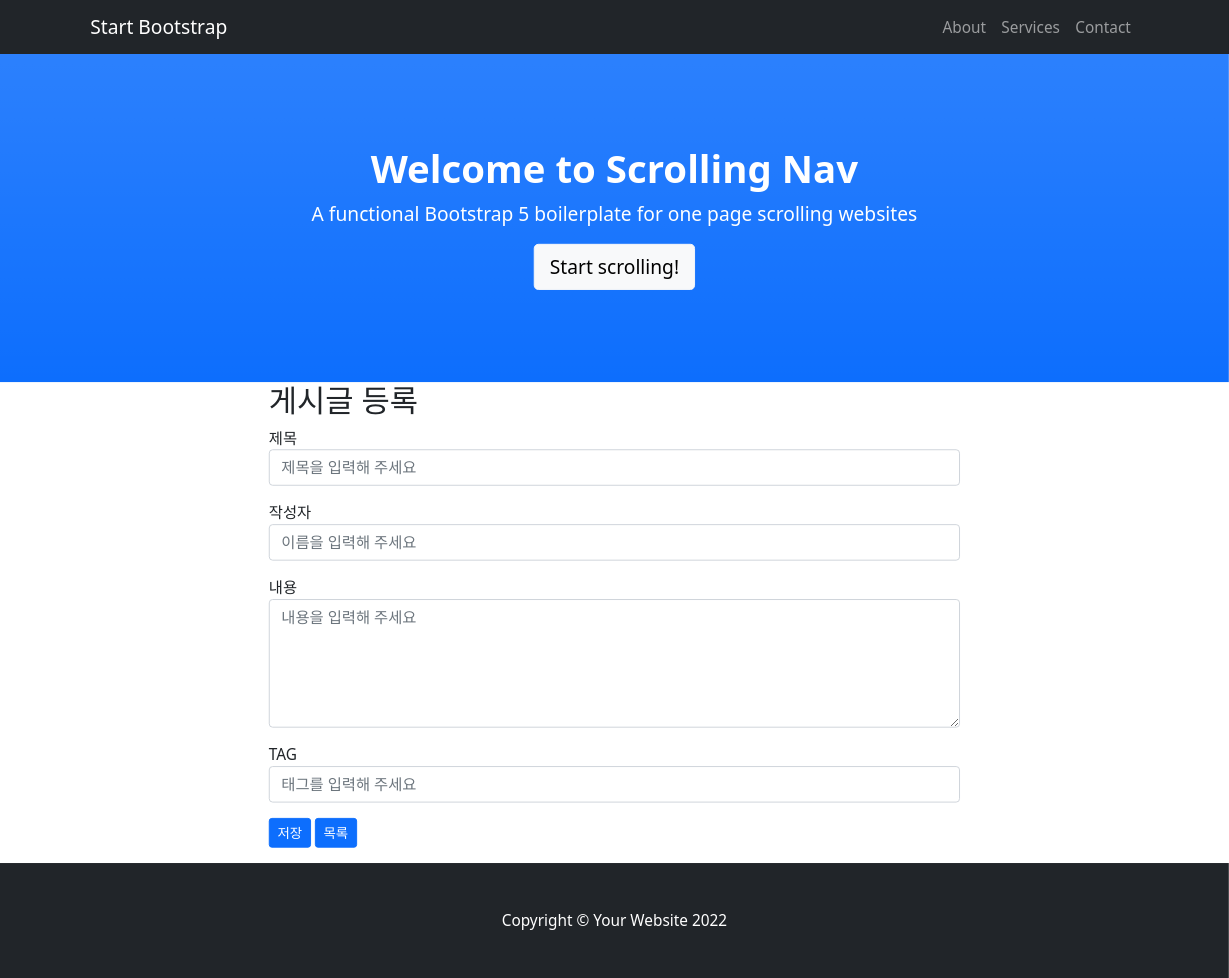
Repository: rlarmsdn2999/SpringWebProject
Page: http://localhost/myboard/WEB-INF/views/board/register.jsp
These files come from the project's save history. The page is drawn as it stood at one moment and after the next save; the edit follows.
The browser window is 1280 px wide. The pictures show the whole page, at 96% of full size.
The page is served by Tomcat 9. Nobody is signed in. The template is opened directly, without the code that normally fills it, so the values that code supplies are empty.

Above is the page before, as saved 2022-12-25 12:30:27.
Console error: ReferenceError: $ is not defined

After the next save:
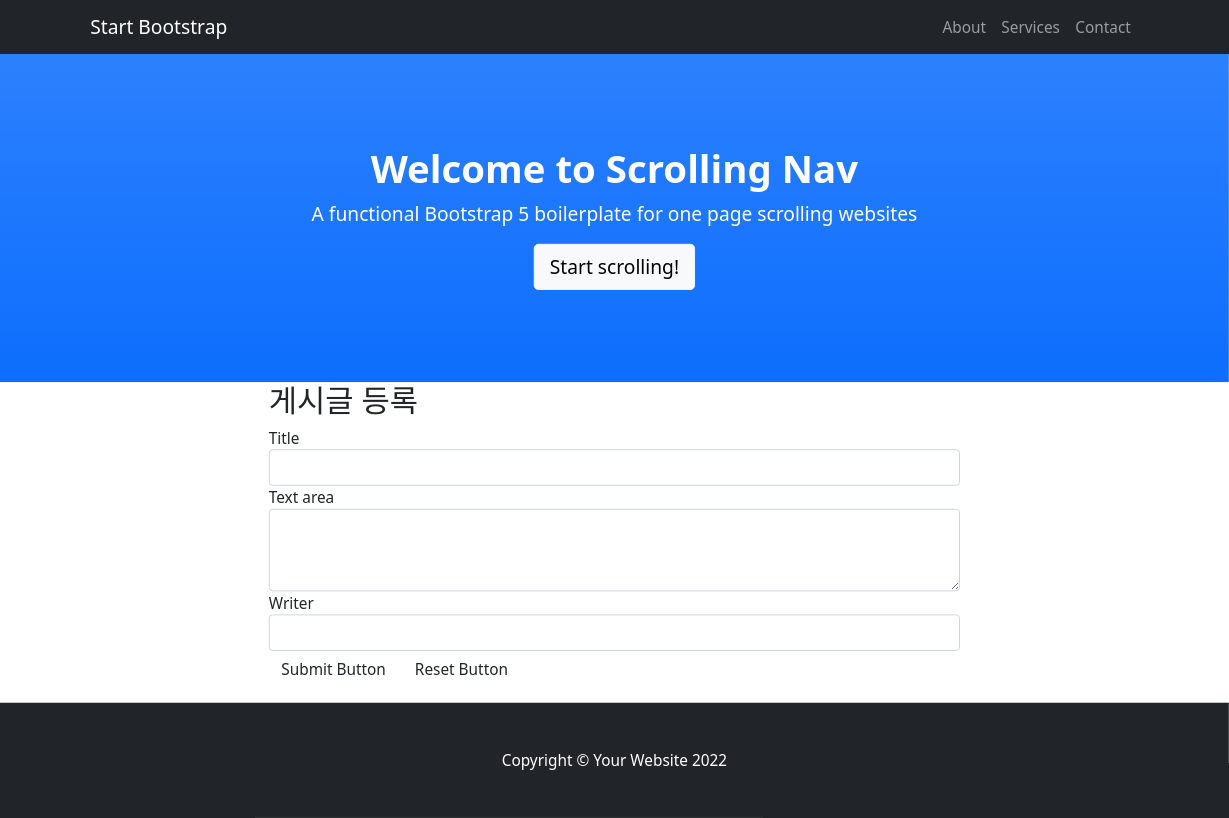
Saved 90 s later.
--- a/myboard/myboard/src/main/webapp/WEB-INF/views/board/register.jsp
+++ b/myboard/myboard/src/main/webapp/WEB-INF/views/board/register.jsp
@@ -52,30 +52,21 @@
 			<div class="col-lg-8">
 				<h2>게시글 등록</h2>
 				<table class="table table-hover">
-					<div class="mb-3">
-						<label for="title">제목</label> <input type="text"
-							class="form-control" name="title" id="title"
-							placeholder="제목을 입력해 주세요">
-
-					</div>
-					<div class="mb-3">
-						<label for="reg_id">작성자</label> <input type="text"
-							class="form-control" name="reg_id" id="reg_id"
-							placeholder="이름을 입력해 주세요">
-					</div>
-					<div class="mb-3">
-						<label for="content">내용</label>
-						<textarea class="form-control" rows="5" name="content"
-						id="content" placeholder="내용을 입력해 주세요"></textarea>
-					</div>
-					<div class="mb-3">
-						<label for="tag">TAG</label> <input type="text"
-							class="form-control" name="tag" id="tag"
-							placeholder="태그를 입력해 주세요">
-					</div>
-					<div>
-						<button type="button" class="btn btn-sm btn-primary" id="btnSave">저장</button>
-						<button type="button" class="btn btn-sm btn-primary" id="btnList">목록</button>
+					<div class="panel-body">
+						<form role="form" action="/board/register" method="post">
+							<div class="form-group">
+								<label>Title</label><input class="form-control" name="title">
+							</div>
+							<div class="form-group">
+								<label>Text area</label>
+								<textarea class="form-control" rows="3" name='content'></textarea>
+							</div>
+							<div class="form-group">
+								<label>Writer</label><input class="form-control" name="writer">
+							</div>
+							<button type="submit" class="btn btn-default">Submit Button</button>
+							<button type="reset" class="btn btn-default">Reset Button</button>
+						</form>
 					</div>
 				</table>
 			</div>
@@ -95,27 +86,13 @@
 	<script src="/resources/js/scripts.js"></script>
 
 	<script>
-
 	$(document).on('click', '#btnSave', function(e){
-
 		e.preventDefault();
-
-
-
 		$("#form").submit();
-
 	});
-
-
-
 	$(document).on('click', '#btnList', function(e){
-
 		e.preventDefault();
-
-
-
 		location.href="${pageContext.request.contextPath}/board/getBoardList";
-
 	});
 
 </script>
